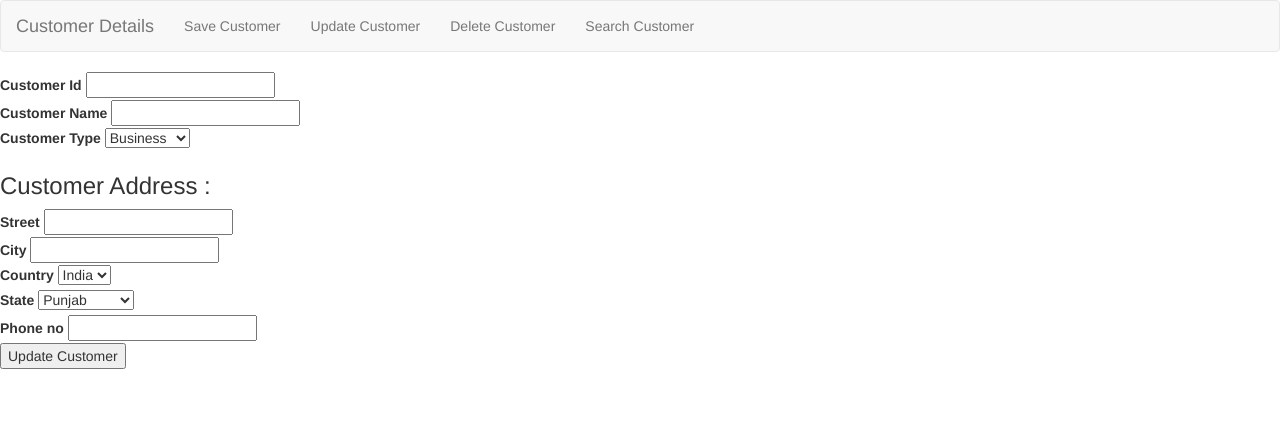
Repository: bharathsanga/AssignmentCustomer
Page: http://localhost/bms/updateCustomer.jsp
The author's editor kept a copy of each file at every save. The page is drawn from the files as they stood at one save, then again after the next save.
The browser window is 1280 px wide. The pictures show the whole page.
The page is served by Tomcat 9. Other server files are loaded and not shown.

Above is the page before, as saved 2021-12-05 19:33:33.

### Assignment1/bms/src/main/webapp/updateCustomer.jsp
<%@ page language="java" contentType="text/html; charset=ISO-8859-1"
	pageEncoding="ISO-8859-1"%>
<!DOCTYPE html>
<html>
<head>
<meta charset="ISO-8859-1">
<title>Insert title here</title>
<meta name="viewport" content="width=device-width, initial-scale=1">
<link rel="stylesheet"
	href="https://maxcdn.bootstrapcdn.com/bootstrap/3.4.1/css/bootstrap.min.css">
<script
	src="https://ajax.googleapis.com/ajax/libs/jquery/3.5.1/jquery.min.js"></script>
<script
	src="https://maxcdn.bootstrapcdn.com/bootstrap/3.4.1/js/bootstrap.min.js"></script>
</head>
<body>
<nav class="navbar navbar-default">
		<div class="container-fluid">
			<div class="navbar-header">
				<a class="navbar-brand">Customer Details</a>
			</div>
			<ul class="nav navbar-nav">

				<li><a href="save">Save Customer</a></li>
				<li><a href="update">Update Customer</a></li>
				<li><a href="delete">Delete Customer</a></li>
				<li><a href="search">Search Customer</a></li>
			</ul>
		</div>
	</nav>

	<form action="update" method="post">
	<div>
	<label>Customer Id</label>
	<input type="text" name="cid">
	</div>
		<div>
			<label>Customer Name </label>
			<input type="text" name="name">
		</div>

		<div>
			<label for="type">Customer Type</label> <select name="type" id="type">
				<option value="business">Business</option>
				<option value="startup">Startup</option>
				<option value="employee">Employee</option>
				<option value="marketing">Marketing</option>
			</select>
		</div>
		<h3>Customer Address :</h3>
		<div>
			<label>Street</label> <input type="text" name="street">
		</div>

		<div>
			<label>City</label> <input type="text" name="city">
		</div>

		<div>
			<label for="country">Country</label> <select name="country"
				id="country">
				<option value="india">India</option>
				<option value="usa">USA</option>
			</select>
		</div>

		<div>
			<label for="state">State</label> <select name="state" id="state">
				<option value="punjab">Punjab</option>
				<option value="telangana">Telangana</option>
				<option value="Texas">Texas</option>
				<option value="Washington">Washington</option>
			</select>
		</div>

		<div>
			<label>Phone no</label> <input type="number" name="phone">
		</div>
		<div>
			<button type="submit">Update Customer</button>
		</div>

	</form>
</body>
</html>

After the next save:
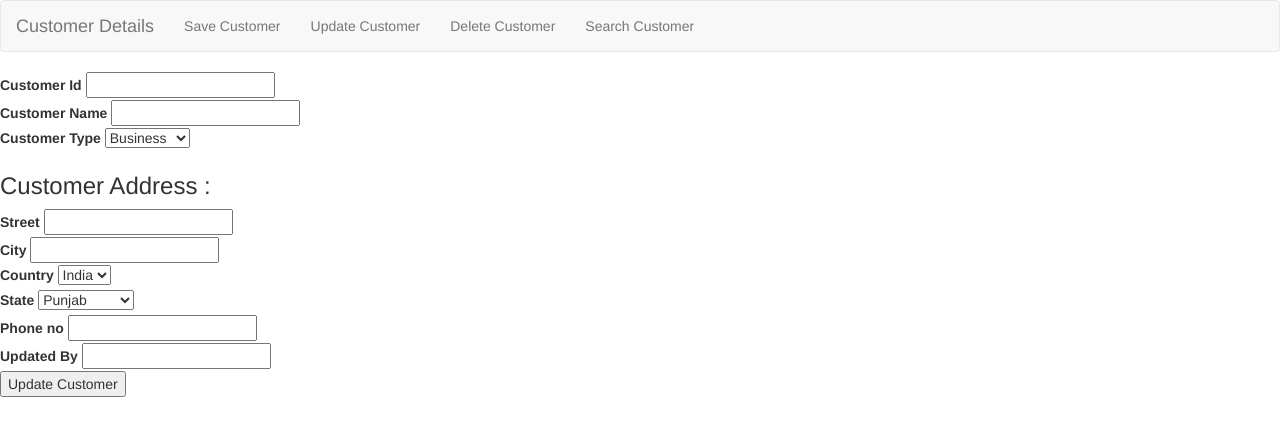
Saved 66 s later.
--- a/Assignment1/bms/src/main/webapp/updateCustomer.jsp
+++ b/Assignment1/bms/src/main/webapp/updateCustomer.jsp
@@ -77,6 +77,9 @@
 			<label>Phone no</label> <input type="number" name="phone">
 		</div>
 		<div>
+			<label>Updated By</label> <input type="text" name="updatedby">
+		</div>
+		<div>
 			<button type="submit">Update Customer</button>
 		</div>
 
